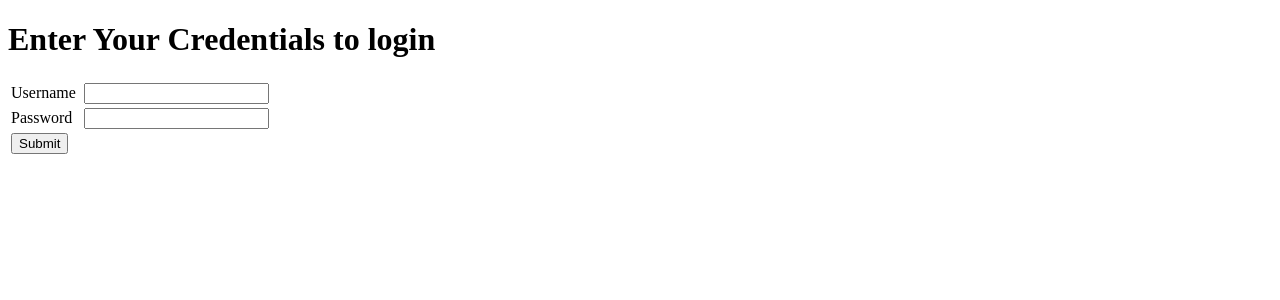
Repository: SurajPawar15-smart/JAVAProjects
Page: 9.SessionTracking Cookies/WebContent/login.html
The author's editor kept a copy of each file at every save. The page is drawn from the files as they stood at one save, then again after the next save.
The browser window is 1280 px wide. The pictures show the whole page.

Above is the page before, as saved 2020-09-27 10:11:01.

After the next save:
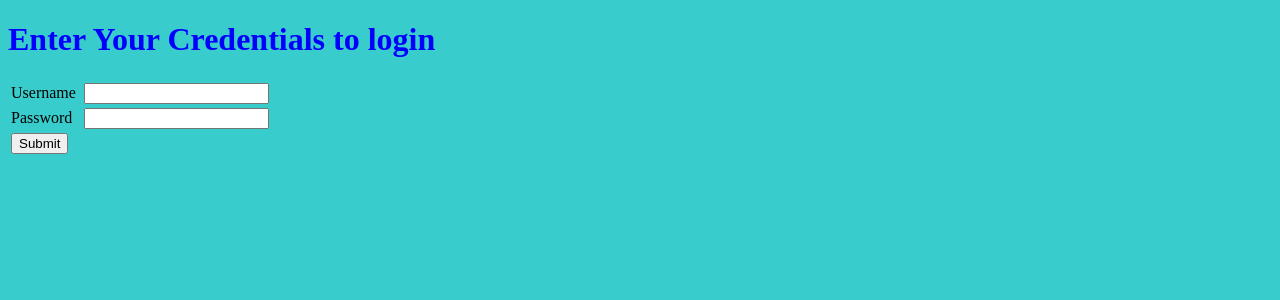
Saved 65 s later.
--- a/9.SessionTracking Cookies/WebContent/login.html
+++ b/9.SessionTracking Cookies/WebContent/login.html
@@ -3,6 +3,15 @@
 <head>
 <meta charset="ISO-8859-1">
 <title>Insert title here</title>
+<style>
+body
+{
+background-color:#39CCCC;
+}
+h1{
+color:blue;
+}
+</style>
 </head>
 <body>
 <h1>Enter Your Credentials to login</h1>
